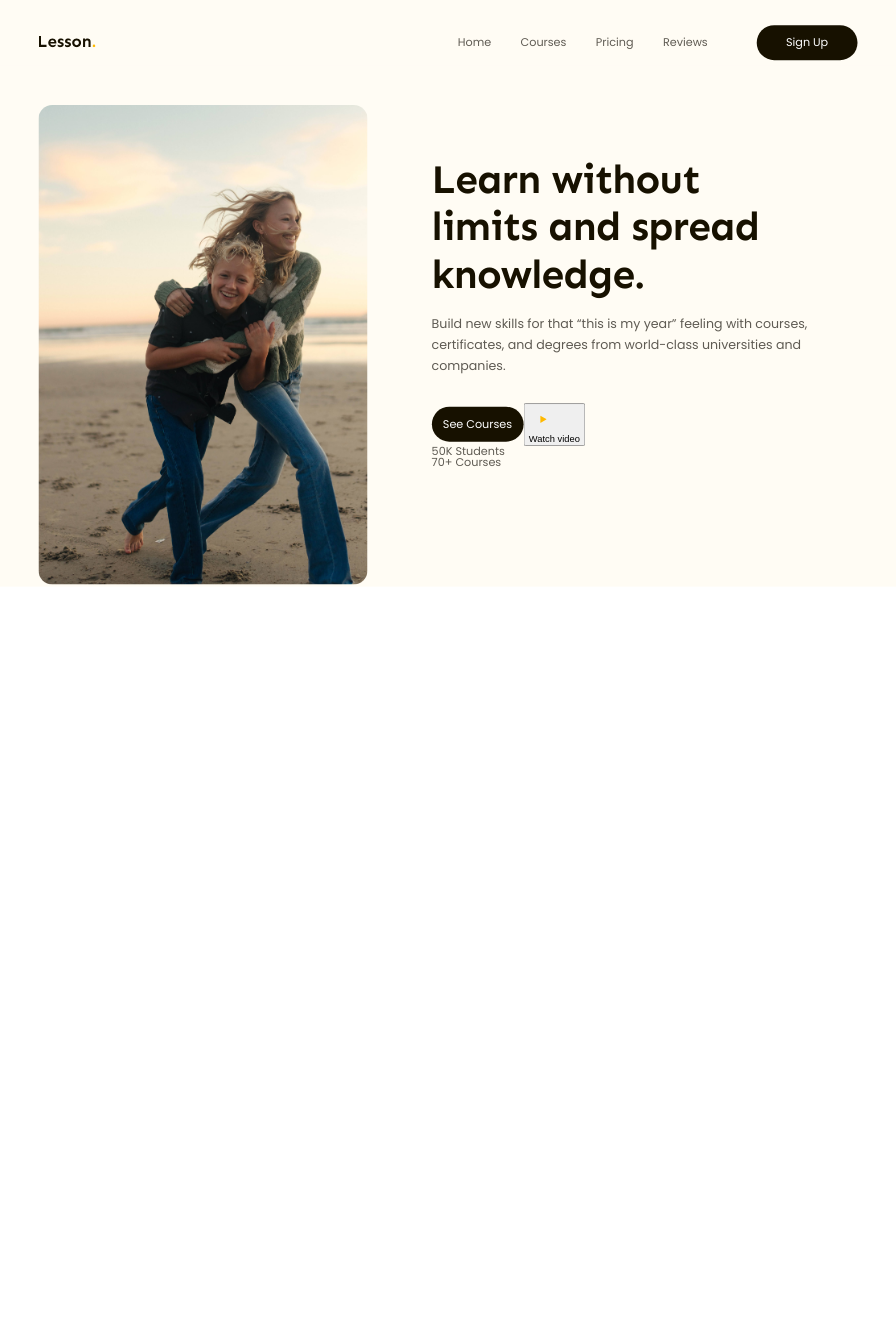
Repository: tinhtranjp/htmlcss-01
Page: index.html
An editor plug-in stored every save of this project. The page is shown before and after the next save, followed by the edit.
The browser window is 1280 px wide. The pictures show the part of the page from y = 0 to 1920 px (the page is 5000 px tall), at 70% of full size.

Above is the page before, as saved 2023-01-20 05:23:08.

### index.html
<!DOCTYPE html>
<html lang="en">
  <head>
    <meta charset="UTF-8" />
    <meta http-equiv="X-UA-Compatible" content="IE=edge" />
    <meta name="viewport" content="width=device-width, initial-scale=1.0" />
    <title>Project-01</title>
    <link rel="stylesheet" href="./assets/css/reset.css" />
    <link rel="stylesheet" href="./assets/css/base.css" />
    <link rel="stylesheet" href="./assets/css/styles.css" />
    <link rel="preconnect" href="https://fonts.googleapis.com" />
    <link rel="preconnect" href="https://fonts.gstatic.com" crossorigin />
    <link
      href="https://fonts.googleapis.com/css2?family=Poppins:ital,wght@0,400;0,500;0,600;0,700;1,400&family=Sen:wght@700&display=swap"
      rel="stylesheet"
    />
  </head>
  <body>
    <div class="main" style="height: 5000px">
      <!-- Header -->
      <header class="header fixed">
        <div class="content">
          <div class="body">
            <a href=""
              ><img src="./assets/img/Lesson..svg" alt="Lesson." class="logo"
            /></a>

            <nav class="nav">
              <ul class="nav-list">
                <li class="nav-item">
                  <a href="#!">Home</a>
                </li>
                <li class="nav-item">
                  <a href="#!">Courses</a>
                </li>
                <li class="nav-item">
                  <a href="#!">Pricing</a>
                </li>
                <li class="nav-item">
                  <a href="#!">Reviews</a>
                </li>
              </ul>
            </nav>

            <div class="acction">
              <a href="#!" class="btn acction-btn">Sign Up</a>
            </div>
          </div>
        </div>
      </header>

      <!-- Hero -->
      <div class="hero">
        <div class="content">
          <div class="body">
            <div class="media">
              <img
                src="./assets/img/hero-img.jpg"
                alt="Learn without limits and spread knowledge."
                class="img-media"
              />
            </div>
            <div class="info">
              <h1 class="title">Learn without limits and spread knowledge.</h1>
              <p class="desc">
                Build new skills for that “this is my year” feeling with
                courses, certificates, and degrees from world-class universities
                and companies.
              </p>
              <div class="accition">
                <a href="" class="btn">See Courses</a>
                <button>
                  <div class="play-wrap">
                    <img src="./assets/img/Polygon 2.svg" alt="Play" />
                  </div>
                  <span>Watch video</span>
                </button>
              </div>
              <p class="desc"></p>
              <p class="qty"><strong>50K</strong> Students</p>
              <p class="qty"><strong>70+</strong> Courses</p>
            </div>
          </div>
        </div>
      </div>
    </div>
  </body>
</html>

### assets/css/base.css
* {
  box-sizing: border-box;
}

:root {
  --primary-color: #ffb900;
}

html {
  font-size: 62.5%;
}

body {
  font-size: 1.6rem;
  font-family: "Poppins", sans-serif;
  font-weight: 400;
  color: #5f5b53;
}

.content {
  width: 1170px;
  max-width: calc(100% - 48px);
  margin-left: auto;
  margin-right: auto;
}

h1,
h2 {
  font-family: "Sen", sans-serif;
  font-weight: 700;
}

.text-line2 {
  display: -webkit-box;
  -webkit-line-clamp: 2;
  -webkit-box-orient: vertical;
  overflow: hidden;
}

.text-line2.text-line3 {
  -webkit-line-clamp: 3;
}

a {
  text-decoration: none;
}

.btn {
  display: inline-block;
  min-width: 118px;
  padding: 0 16px;
  height: 50px;
  line-height: 50px;
  text-align: center;
  background: #171100;
  border-radius: 25px;
  color: #fff;
}

.btn:hover {
  cursor: pointer;
  opacity: 0.9;
}

### assets/css/styles.css
/* ========================> Header <======================= */

.header {
  padding-top: 28px;
  background: #fffcf4;
}

.fixed {
  position: sticky;
  left: 0;
  top: -28px;
}

.header .logo:hover {
  cursor: pointer;
}

.header .body {
  display: flex;
  align-items: center;
  padding: 8px 0;
}

.header nav {
  margin-left: auto;
}

.header .nav-list {
  display: flex;
  align-items: center;
}

.header .nav-item > a {
  display: inline-block;
  padding: 8px 21px;
  line-height: 1.75;
  color: #5f5b53;
}

.header .nav-item > a::after {
  content: "";
  display: block;
  width: 0;
  height: 1.2px;
  background: var(--primary-color);
  transition: ease 0.4s;
}

.header .nav-item > a:hover::after {
  width: 100%;
}

.header .acction {
  margin-left: 49px;
}

.acction-btn {
  min-width: 144px;
}

.acction-btn:hover {
  background-color: transparent;
  color: #333;
  background-color: var(--primary-color);
  opacity: 0.7;
  transition: ease-in 0.2s;
}

/* ======================> Hero <==================== */

.hero {
  padding-top: 56px;
  background: #fffcf4;
}

.hero .body {
  display: flex;
}

.hero .media {
  width: 48%;
}

.hero .img-media {
  width: 470px;
  height: 685px;
  object-fit: cover;
  border-radius: 20px;
}

.hero .info {
  width: 52%;
}

.hero .info .title {
  margin-top: 72px;
  font-size: 5.8rem;
  line-height: 1.17;
  letter-spacing: -0.02em;
  color: #171100;
  width: 470px;
}

.hero .info p:first-of-type {
  margin-top: 22px;
  font-size: 1.8rem;
  line-height: 1.67;
  color: #5f5b53;
}

.hero .accition {
  margin-top: 38px;
  display: flex;
  align-items: center;
}

.hero .play-wrap {
  width: 40px;
  height: 40px;
  display: flex;
  align-items: center;
  justify-content: center;
}

Loaded but not shown: assets/css/reset.css (common file)

After the next save:
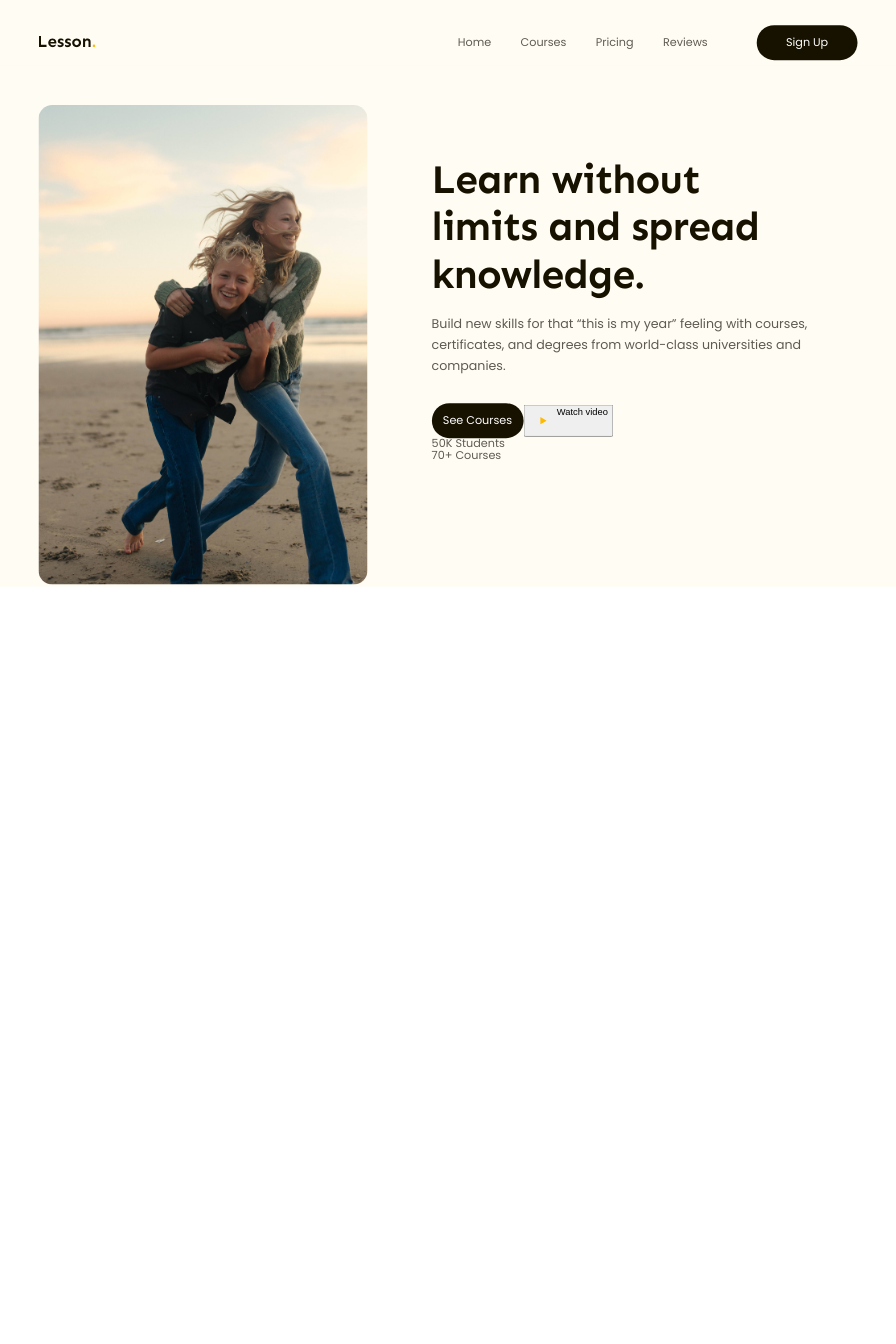
Saved 2 min 9 s later.
--- a/assets/css/styles.css
+++ b/assets/css/styles.css
@@ -114,6 +114,10 @@
   align-items: center;
 }
 
+.hero .accition button {
+  display: flex;
+}
+
 .hero .play-wrap {
   width: 40px;
   height: 40px;
